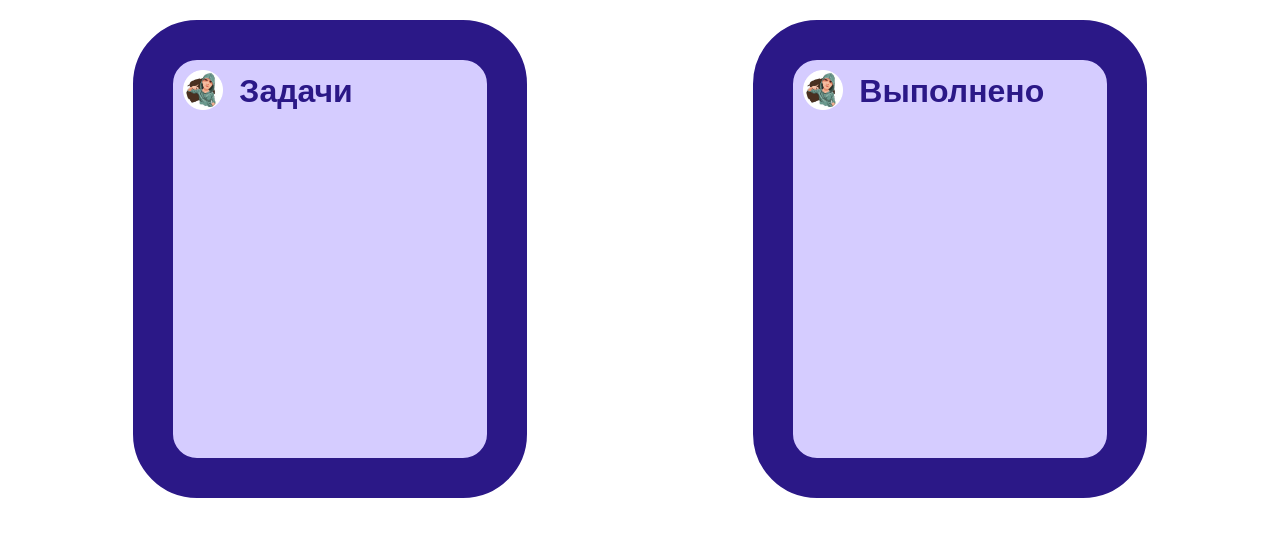
Repository: VitasYo/Kanban
Page: index.html
The author's editor kept a copy of each file at every save. The page is drawn from the files as they stood at one save, then again after the next save.
The browser window is 1280 px wide. The pictures show the whole page.

Above is the page before, as saved 2024-04-14 22:09:01.

### index.html
<!DOCTYPE html>
<html lang="en">
<head>
  <meta charset="UTF-8">
  <meta name="viewport" content="width=device-width, initial-scale=1.0">
  <link rel="stylesheet" href="./src/assets/css/index.css">
  <title>To-Do-List-Kanban</title>
</head>
<body>
  <main class="kanban">
    <section class="kanban__column kanban__column--to-do">
      <div class="kanban__title_and_icon">
        <img height=40 width=40 src="src/assets/img/Avatar.jpg" alt="Аватар">
        <h2 class="kanban__title">Задачи</h2>
      </div>

    </section>

    <section class="kanban__column kanban__column--done">
      <div class="kanban__title_and_icon">
        <img height=40 width=40 src="src/assets/img/Avatar.jpg" alt="Аватар">
        <h2 class="kanban__title">Выполнено</h2>
      </div>
    </section>
  </main>
  </body>
<script src="./src/assets/js/index.js"></script>
</html>

### src/assets/css/index.css
@import url('https://fonts.googleapis.com/css2?family=DM+Sans:opsz,wght@9..40,100;9..40,200;9..40,300;9..40,400;9..40,500;9..40,600;9..40,700;9..40,800;9..40,900;9..40,1000&display=swap');
@import './component/_header.css';
@import './component/_kanban.css';
@import './_media.css';



* {
  font-family: 'DM Sans', sans-serif;
}

* {
  box-sizing: border-box;
  margin: 0;
  padding: 0;
}

body {
  font-family: 'Arial', sans-serif;
  background-color: white;
  color: white;
  display: flex;
  flex-direction: column;
  min-height: 100vh;
}


.header__title,
.footer__text {
  margin: 0;
  padding: 10px 0;
}

.container {
  width: 100%;
  padding-right: 15px;
  padding-left: 15px;
  margin-right: auto;
  margin-left: auto;
}

### src/assets/css/component/_kanban.css
.kanban {
    display: flex;
    flex-wrap: wrap;
    padding: 20px;
    justify-content: space-around;
    flex-grow: 1;
}

.kanban__column {
    flex: 0 0 100%;
    height: 478px;
    background-color: #D5CCFF;
    border-radius: 64px;
    border: 40px solid #2B1887;
    padding: 10px;

}

.kanban__title {
    color: #2B1887;
    font-size: 32px;
    margin-bottom: 24px;
    padding-left: 16px;
}

.kanban__title_and_icon {
    display: flex;
}

### src/assets/css/_media.css
@media (min-width: 576px) {
    .container {
        max-width: 540px;
    }
}

@media (min-width: 768px) {
    .container {
        max-width: 720px;
    }
}

@media (min-width: 992px) {
    .container {
        max-width: 960px;
    }
}

@media (min-width: 1200px) {
    .container {
        max-width: 1140px;
    }
}

@media (min-width: 1400px) {
    .container {
        max-width: 1320px;
    }
}

@media screen and (min-width: 640px) {
    .kanban__column {
        flex: 0 0 calc(33.333% - 20px);
    }
}

Loaded but not shown: src/assets/js/index.js (no stored copy; drawn as an empty file); src/assets/css/component/_header.css (no stored copy; drawn as an empty file)

After the next save:
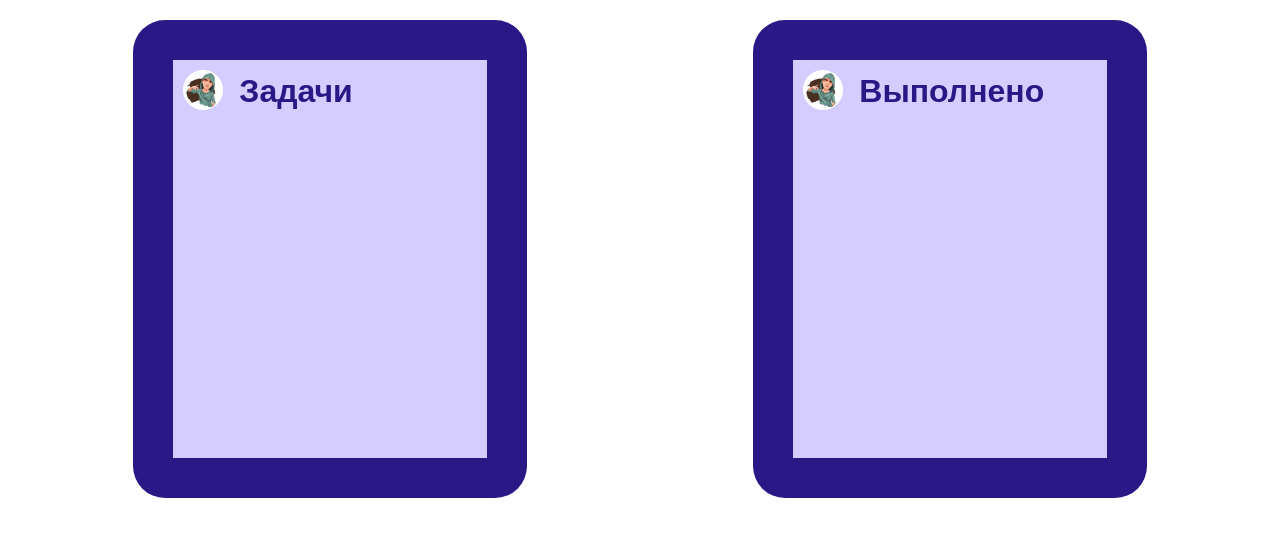
Saved 4 s later.
--- a/src/assets/css/component/_kanban.css
+++ b/src/assets/css/component/_kanban.css
@@ -10,7 +10,7 @@
     flex: 0 0 100%;
     height: 478px;
     background-color: #D5CCFF;
-    border-radius: 64px;
+    border-radius: 32px;
     border: 40px solid #2B1887;
     padding: 10px;
 
